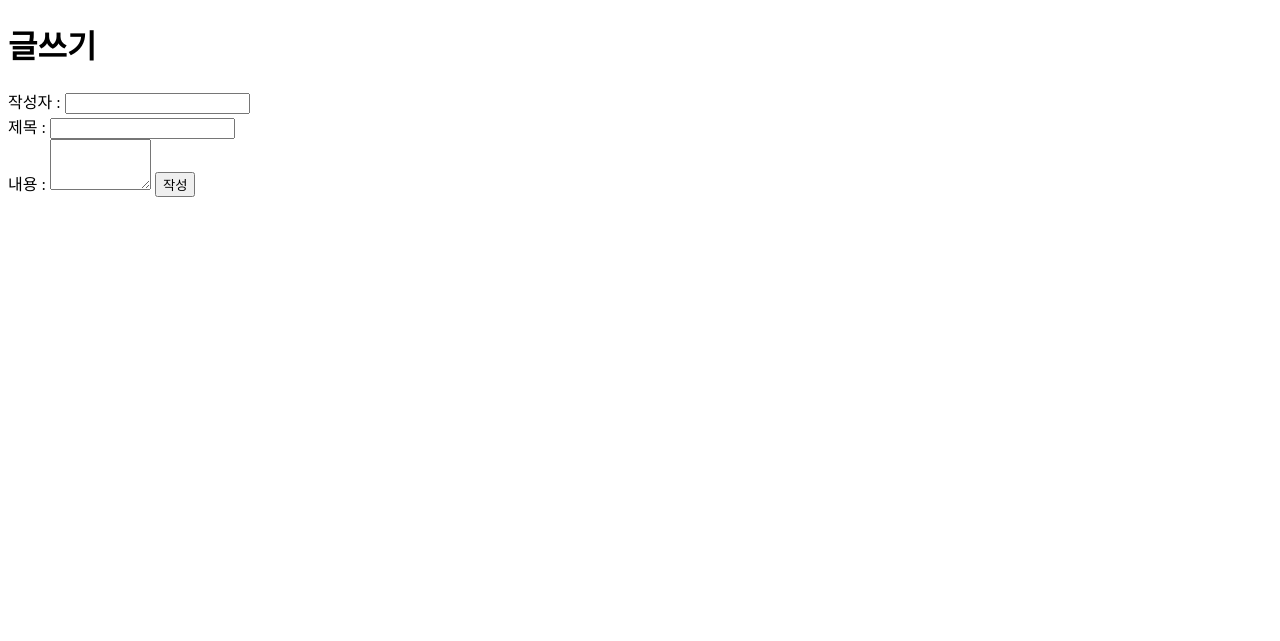
Repository: sanghshlsh/workspace_jsp
Page: http://localhost/Board/write.jsp
An editor plug-in stored every save of this project. The page is shown before and after the next save, followed by the edit.
The browser window is 1280 px wide. The pictures show the whole page.
The page is served by Tomcat 9.

Above is the page before, as saved 2020-06-05 06:40:22.

After the next save:
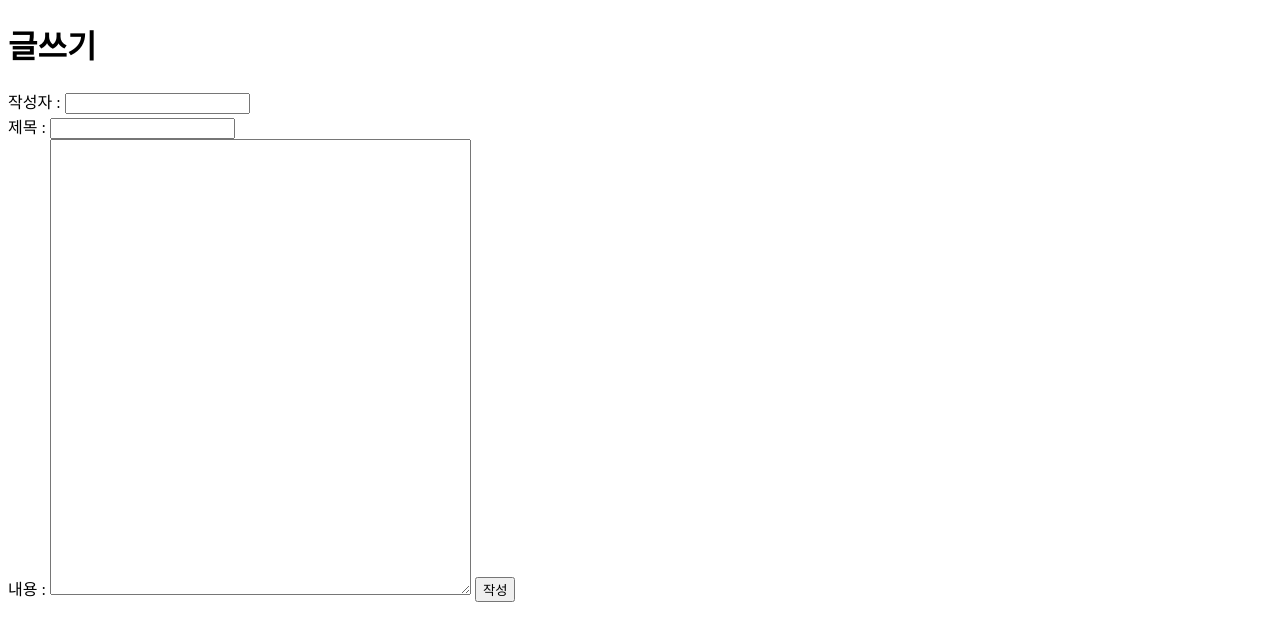
Saved 9 s later.
--- a/Board/WebContent/write.jsp
+++ b/Board/WebContent/write.jsp
@@ -16,7 +16,7 @@
 	작성자 : <input name="writer"><br>
 	제목 : <input name="title"><br>
 	내용 :
-	<textarea rows="3" cols="10" name="content"></textarea>
+	<textarea rows="30" cols="50" name="content"></textarea>
 	<input type="submit" value="작성">
 	</form>
 
